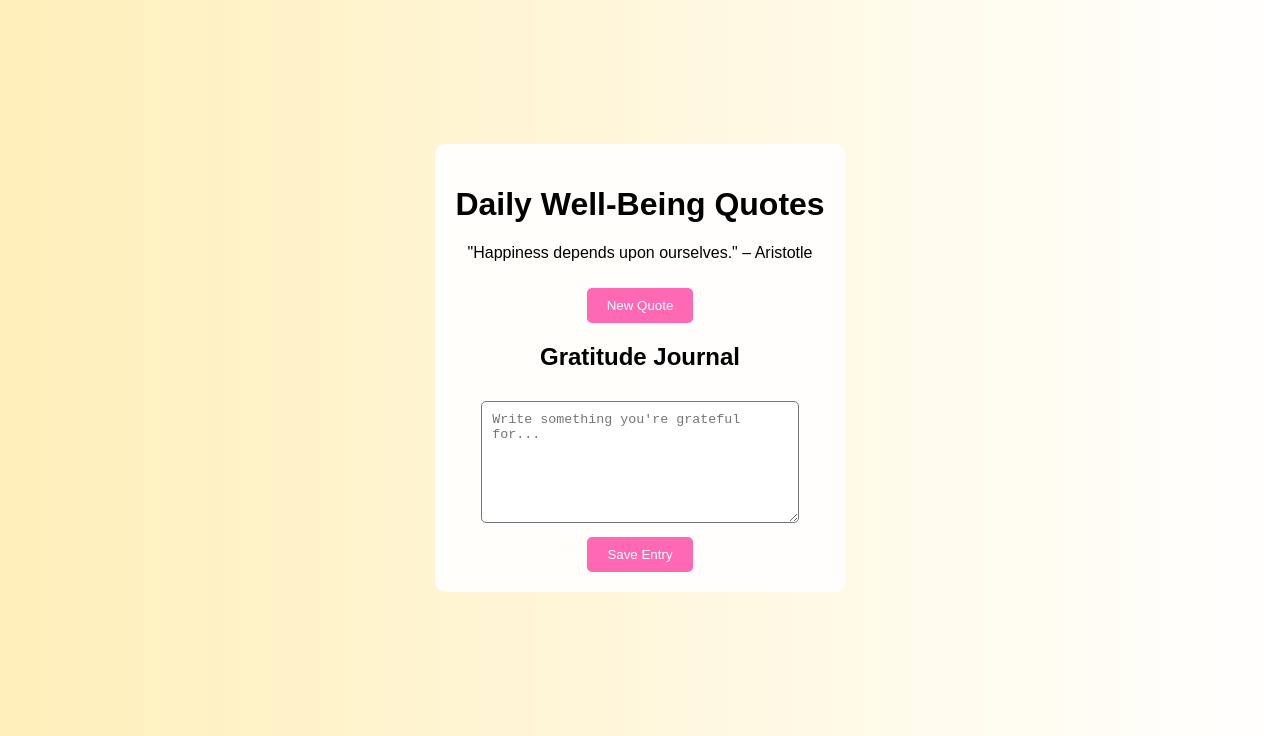
Repository: Athi183/MIND_BLISS
Page: home.html
These files come from the project's save history. The page is drawn as it stood at one moment and after a run of saves; the edit follows.
The browser window is 1280 px wide. The pictures show the whole page.

Above is the page before, as saved 2025-02-01 21:47:40.

### home.html
<!DOCTYPE html>
<html lang="en">
<head>
    <meta charset="UTF-8">
    <meta name="viewport" content="width=device-width, initial-scale=1.0">
    <title>Home</title>
    <link rel="stylesheet" href="styles.css">
</head>
<body class="home-page">
    <div class="home-container">
        <h1>Daily Well-Being Quotes</h1>
        <p id="quote">"Happiness depends upon ourselves." – Aristotle</p>
        <button onclick="newQuote()">New Quote</button>

        <h2>Gratitude Journal</h2>
        <textarea id="journal" placeholder="Write something you're grateful for..."></textarea>
        <button onclick="saveEntry()">Save Entry</button>
    </div>
    <script src="script.js"></script>
</body>
</html>

### styles.css
body {
    font-family: 'Arial', sans-serif;
    text-align: center;
    transition: background-color 0.5s;
}

/* Welcome Page */
.welcome-page {
    background: linear-gradient(to right, #fceabb, #f8b500);
    height: 100vh;
    display: flex;
    align-items: center;
    justify-content: center;
}

.welcome-container {
    background: rgba(255, 255, 255, 0.8);
    padding: 20px;
    border-radius: 10px;
    animation: fadeIn 1s ease-in-out;
}

button {
    background: #ff69b4;
    color: white;
    padding: 10px 20px;
    border: none;
    cursor: pointer;
    margin-top: 10px;
    border-radius: 5px;
}

button:hover {
    background: #ff1493;
}

/* Login Page */
.login-page {
    background: linear-gradient(to right, #fbc2eb, #a6c1ee);
    height: 100vh;
    display: flex;
    align-items: center;
    justify-content: center;
}

.login-container {
    background: rgba(255, 255, 255, 0.8);
    padding: 20px;
    border-radius: 10px;
    animation: fadeIn 1s ease-in-out;
}

/* Home Page */
.home-page {
    background: linear-gradient(to right, #ffefba, #ffffff);
    height: 100vh;
    display: flex;
    align-items: center;
    justify-content: center;
    flex-direction: column;
}

.home-container {
    background: rgba(255, 255, 255, 0.9);
    padding: 20px;
    border-radius: 10px;
    animation: slideIn 1s ease-in-out;
}

textarea {
    width: 80%;
    height: 100px;
    margin-top: 10px;
    padding: 10px;
    border-radius: 5px;
}

/* Animations */
@keyframes fadeIn {
    from { opacity: 0; }
    to { opacity: 1; }
}

@keyframes slideIn {
    from { transform: translateY(-20px); }
    to { transform: translateY(0); }
}

### script.js
function redirectToLogin() {
    window.location.href = "login.html";
}

function redirectToHome() {
    window.location.href = "home.html";
}

// Generate a new quote randomly
function newQuote() {
    const quotes = [
        "Happiness depends upon ourselves. – Aristotle",
        "The purpose of our lives is to be happy. – Dalai Lama",
        "Do what you can, with what you have, where you are. – Theodore Roosevelt",
        "Be happy with what you have while working for what you want. – Helen Keller"
    ];
    document.getElementById("quote").innerText = quotes[Math.floor(Math.random() * quotes.length)];
}

// Save gratitude journal entry in localStorage
function saveEntry() {
    let entry = document.getElementById("journal").value.trim();
    if (!entry) {
        alert("Write something before saving!");
        return;
    }

    let username = localStorage.getItem("loggedInUser");
    if (!username) {
        alert("Please log in first!");
        return;
    }

    let userEntries = JSON.parse(localStorage.getItem(username + "_entries")) || [];
    userEntries.push(entry);
    localStorage.setItem(username + "_entries", JSON.stringify(userEntries));

    alert("Gratitude entry saved!");
    document.getElementById("journal").value = "";
    displayEntries();
}

// Display saved journal entries
function displayEntries() {
    let username = localStorage.getItem("loggedInUser");
    if (!username) return;

    let userEntries = JSON.parse(localStorage.getItem(username + "_entries")) || [];
    let entriesContainer = document.getElementById("entries");

    if (entriesContainer) {
        entriesContainer.innerHTML = "";
        userEntries.forEach(entry => {
            let entryElement = document.createElement("p");
            entryElement.textContent = "• " + entry;
            entriesContainer.appendChild(entryElement);
        });
    }
}

// Call displayEntries when the page loads
document.addEventListener("DOMContentLoaded", displayEntries);

After the next 2 saves:
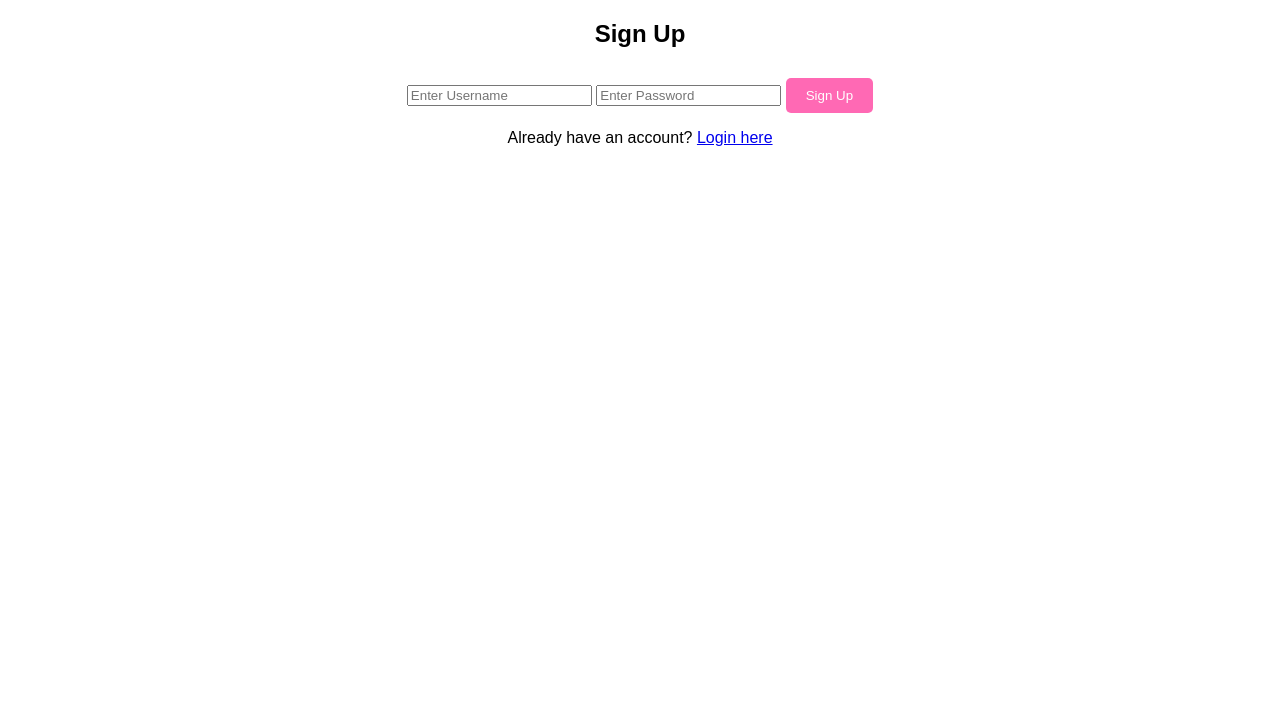
The 2 saves are shown as one change because they came seconds apart.
The last was saved 4 min 15 s later.
--- a/home.html
+++ b/home.html
@@ -3,19 +3,17 @@
 <head>
     <meta charset="UTF-8">
     <meta name="viewport" content="width=device-width, initial-scale=1.0">
-    <title>Home</title>
+    <title>Sign Up</title>
     <link rel="stylesheet" href="styles.css">
 </head>
-<body class="home-page">
-    <div class="home-container">
-        <h1>Daily Well-Being Quotes</h1>
-        <p id="quote">"Happiness depends upon ourselves." – Aristotle</p>
-        <button onclick="newQuote()">New Quote</button>
-
-        <h2>Gratitude Journal</h2>
-        <textarea id="journal" placeholder="Write something you're grateful for..."></textarea>
-        <button onclick="saveEntry()">Save Entry</button>
+<body class="signup-page">
+    <div class="signup-container">
+        <h2>Sign Up</h2>
+        <input type="text" id="signup-username" placeholder="Enter Username">
+        <input type="password" id="signup-password" placeholder="Enter Password">
+        <button onclick="signupUser()">Sign Up</button>
+        <p>Already have an account? <a href="login.html">Login here</a></p>
     </div>
-    <script src="script.js"></script>
+    <script src="script.js" defer></script>
 </body>
 </html>
